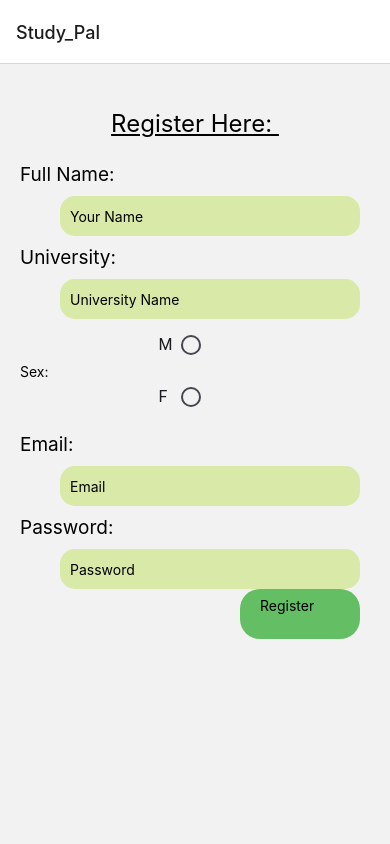
Repository: abdurehmanali611/Study-Pal
Screen: /
These files come from the project's save history. The screen is drawn as it stood at one moment and after the next save; the edit follows.
The app was drawn by React Native's web renderer in a window 390 px wide. The project was rebuilt for these pictures with package versions that can differ from the ones it lists, and the page was loaded fresh each time. Also part of the build but not shown: Front_Pages/Home.js, Screens/Softwareeng.js, Screens/Computersci.js, Screens/Informationsci.js, Screens/Informationtech.js, Screens/Softwarecards.js, Screens/Computercards.js, Screens/Sciencecards.js and 4 more.

Above is the screen before, as saved 2024-01-23 22:20:45.

After the next save:
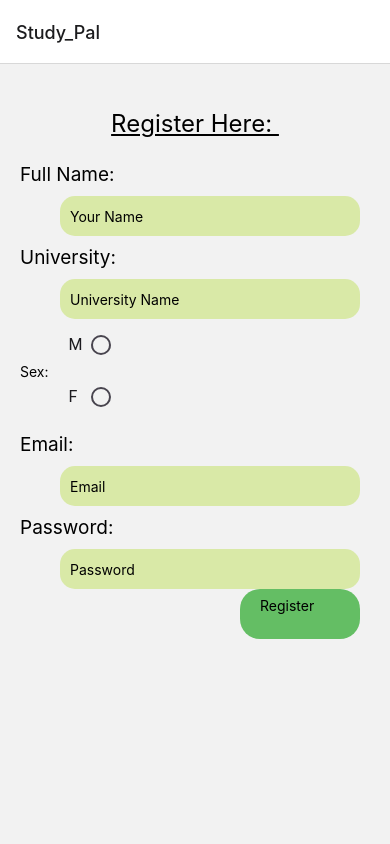
Saved 7 s later.
--- a/Front_Pages/Sign_Up.js
+++ b/Front_Pages/Sign_Up.js
@@ -147,9 +147,7 @@ const styles = StyleSheet.create ({
         height: 40,
         paddingLeft: 10
     },
-    radiogroup : {
-      marginHorizontal: 90
-    },
+
     press : {
       marginHorizontal: 220,
       borderRadius: 20,
